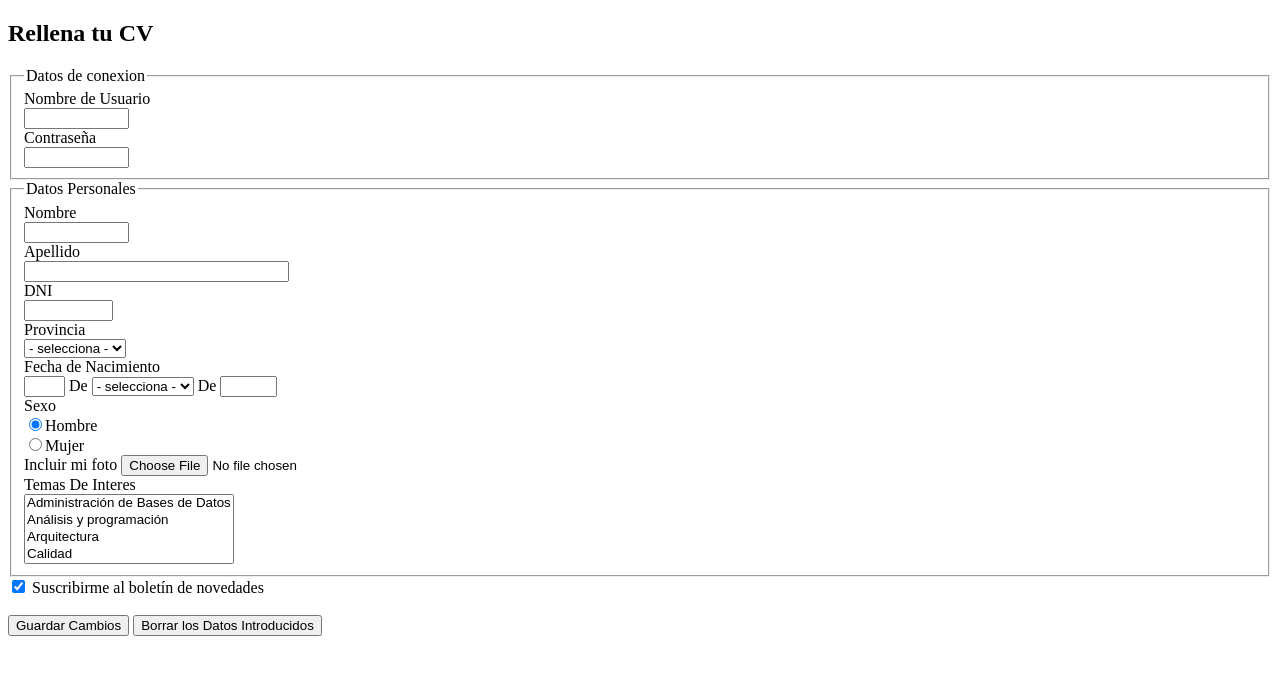
Repository: GonzaDelgado/JavaProjects
Page: modulo_html/WebContent/Form_avanzado.html
These files come from the project's save history. The page is drawn as it stood at one moment and after the next save; the edit follows.
The browser window is 1280 px wide. The pictures show the whole page.

Above is the page before, as saved 2021-02-09 14:37:15.

After the next save:
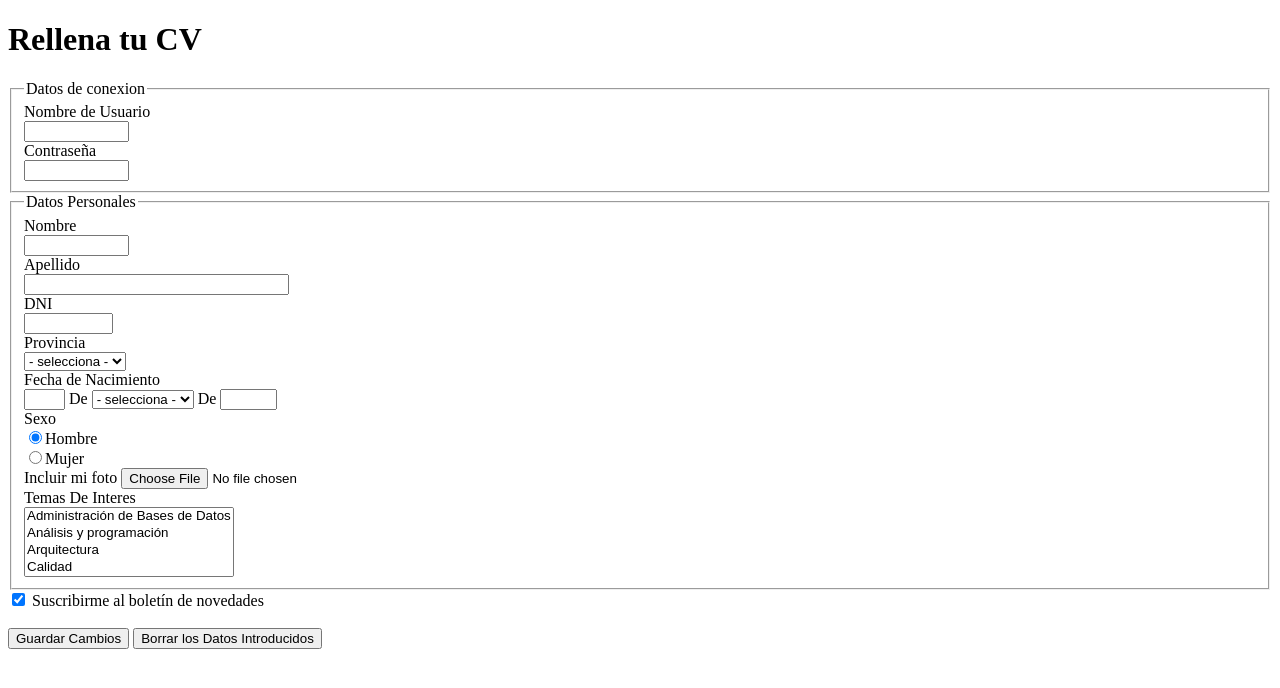
Saved 49 s later.
--- a/modulo_html/WebContent/Form_avanzado.html
+++ b/modulo_html/WebContent/Form_avanzado.html
@@ -6,7 +6,7 @@
 <link rel="stylesheet" type="text/css" href="file:///home/gonzalo/eclipse-workspace/modulo_css/WebContent/estilos.css" media="screen" />
 </head>
 <body>
-	<h2>Rellena tu CV</h2>
+	<h1>Rellena tu CV</h1>
 	<form class= "fondogris" action=".." method="post" enctype="multipart/form-data">
 	<fieldset><legend>Datos de conexion</legend>
 	<label for="nombre_usuario">Nombre de Usuario</label> <br/>
